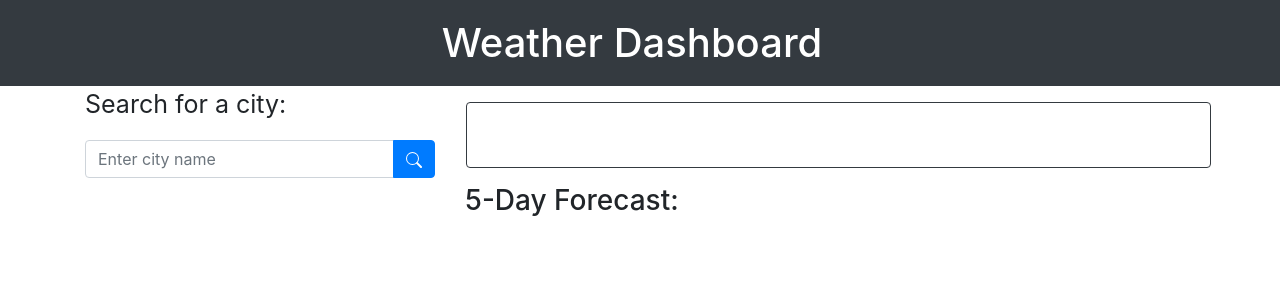
Repository: himaja830/Weather-Dashboard
Page: index.html
An editor plug-in stored every save of this project. The page is shown before and after the next save, followed by the edit.
The browser window is 1280 px wide. The pictures show the whole page.
Some web libraries are served in a nearby version.

Above is the page before, as saved 2020-06-27 15:02:08.

### index.html
<!DOCTYPE html>
<html lang="en">
<head>
    <meta charset="UTF-8">
    <meta name="viewport" content="width=device-width, initial-scale=1.0">
    <title>Weather Dashboard</title>
    <link rel="stylesheet" href="https://stackpath.bootstrapcdn.com/bootstrap/4.5.0/css/bootstrap.min.css" integrity="sha384-9aIt2nRpC12Uk9gS9baDl411NQApFmC26EwAOH8WgZl5MYYxFfc+NcPb1dKGj7Sk" crossorigin="anonymous">
    <link rel="stylesheet" href="assets/style.css">
</head>
<body>
    <nav class="navbar navbar-dark bg-dark">
        <span class="navbar-brand mb-0 h1 w-100 text-center">Weather Dashboard</span>
    </nav>
    <div class="container">
        <div class="row">
            <div class="col-4">
                <p class="searchHeader">Search for a city:</p>
                <div class="input-group mb-3">
                    <input  id= "city-input" type="text" class="form-control" placeholder="Enter city name" aria-label="Enter city name" >
                    <div class="input-group-append">
                      <button class="btn btn-primary" type="button" id="button-addon2">
                          <svg width="1em" height="1em" viewBox="0 0 16 16" class="bi bi-search" fill="currentColor" xmlns="http://www.w3.org/2000/svg">
                        <path fill-rule="evenodd" d="M10.442 10.442a1 1 0 0 1 1.415 0l3.85 3.85a1 1 0 0 1-1.414 1.415l-3.85-3.85a1 1 0 0 1 0-1.415z"/>
                        <path fill-rule="evenodd" d="M6.5 12a5.5 5.5 0 1 0 0-11 5.5 5.5 0 0 0 0 11zM13 6.5a6.5 6.5 0 1 1-13 0 6.5 6.5 0 0 1 13 0z"/>
                      </svg>
                    </button>
                    </div>
                  </div>
                <form id="searchHistory"></form>
            </div>
            <div class="col-8">
                <div class="row mr-0">
                    <div class="col-12 border border-dark m-3 rounded">
                        <div class="row">
                            <div class="col-12">
                                <span id="city-name" class="city-name align-middle"></span>

                            </div>
                        </div>
                        <div class="row">
                            <div class="col-12">
                                <p id="temperature"></p>
                            </div>
                        </div>
                        <div class="row">
                            <div class="col-12">
                                <p id="humidity"></p>
                            </div>
                        </div>
                        <div class="row">
                            <div class="col-12">
                                <p id="wind-speed"></p>
                            </div>
                        </div>
                        <div class="row">
                            <div class="col-12 d-flex">
                                <p id="UV-index"></p>
                            </div>
                        </div>
                    </div>
                </div>
                <div class="row">
                    <div class="col-12">
                        <h3>5-Day Forecast:</h3>
                    </div>
                </div>
                <div class="row">
                    <div class="col forecast bg-primary text-white ml-3 mb-3 rounded"></div>
                    <div class="col forecast bg-primary text-white ml-3 mb-3 rounded"></div>
                    <div class="col forecast bg-primary text-white ml-3 mb-3 rounded"></div>
                    <div class="col forecast bg-primary text-white ml-3 mb-3 rounded"></div>
                    <div class="col forecast bg-primary text-white ml-3 mb-3 rounded"></div>
                </div>
            </div>
        </div>
    </div>
    <script src="https://cdnjs.cloudflare.com/ajax/libs/jquery/3.2.1/jquery.min.js"></script>
    <script src="assets/script.js"></script>
</body>
</html>

### assets/style.css
.navbar-brand{
    font-size:40px;
}
.searchHeader{
    font-size: 25px;
}

### assets/script.js
$(document).ready(function(){
//getWeatherData function re-renders the HTMLto display the appropriate content
function getWeatherData(){
var cityName = $("#city-input");
var APIkey = "bb43f41b7ee7fd144353daa5cfbf158d";
var queryURL = "https://api.openweathermap.org/data/2.5/weather?" +
      "q="+cityName+"&cnt={6}&appid=" + APIKey;

//Creating an AJAX call forthe specific movie button being clicked
$.ajax({
    url: queryURL,
    method: "GET"
}).then(function(response){
    console.log(response);
})




    }

})

After the next save:
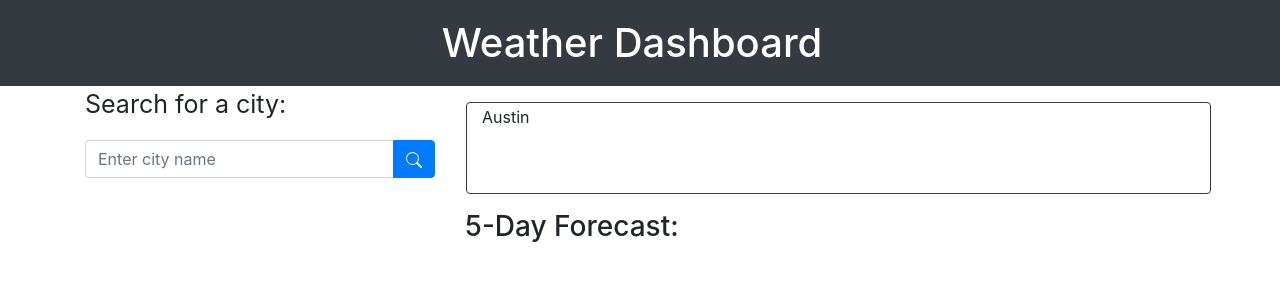
Saved 56 s later.
--- a/index.html
+++ b/index.html
@@ -33,7 +33,7 @@
                     <div class="col-12 border border-dark m-3 rounded">
                         <div class="row">
                             <div class="col-12">
-                                <span id="city-name" class="city-name align-middle"></span>
+                                <span id="city-name" class="city-name align-middle">Austin</span>
 
                             </div>
                         </div>
